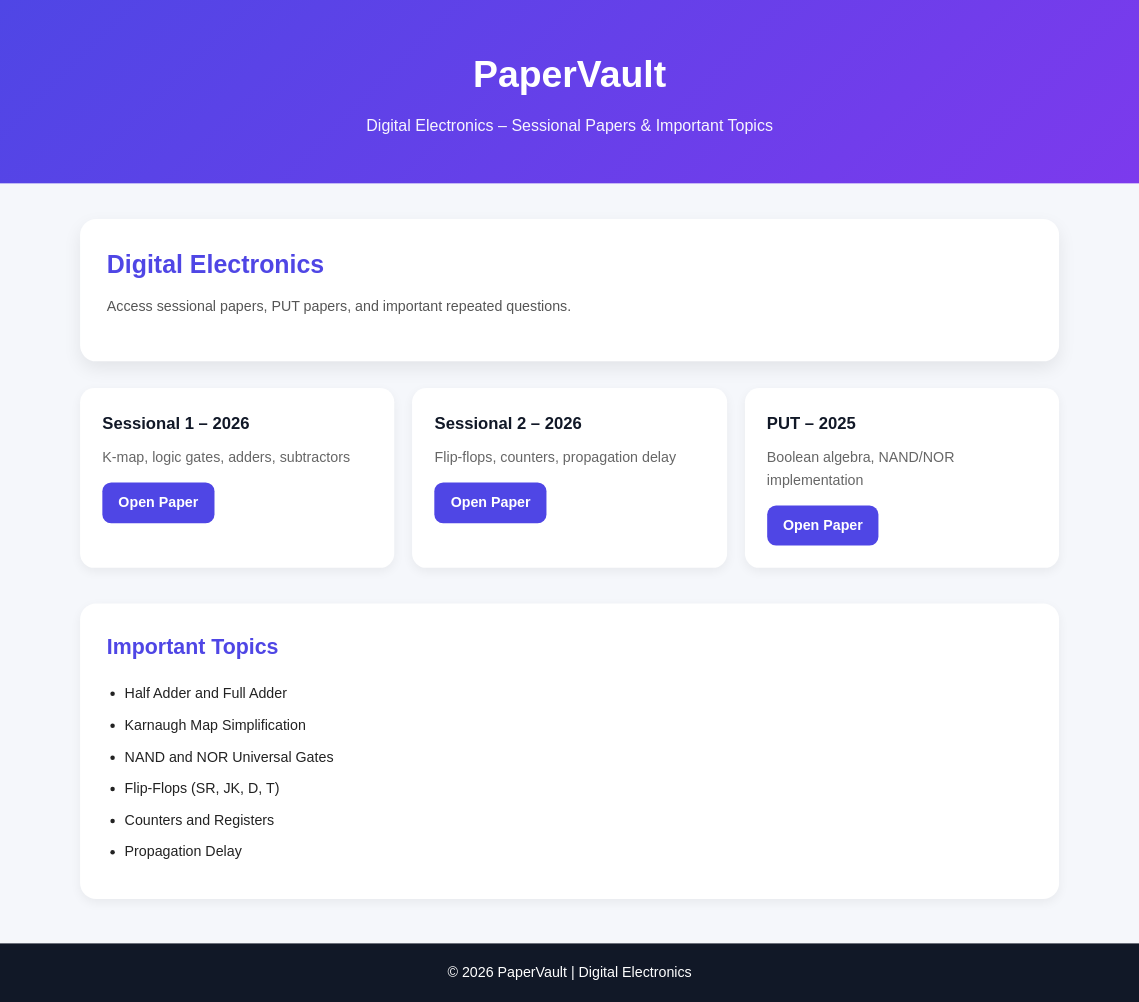
Repository: roshanworld/HackStudy
Page: digital.html
These files come from the project's save history. The page is drawn as it stood at one moment and after the next save; the edit follows.
The browser window is 1280 px wide. The pictures show the whole page, at 89% of full size.

Above is the page before, as saved 2026-03-28 19:28:15.

### digital.html
<!DOCTYPE html>
<html lang="en">
<head>
  <meta charset="UTF-8" />
  <meta name="viewport" content="width=device-width, initial-scale=1.0"/>
  <title>PaperVault | Digital Electronics</title>
  <style>
    *{
      margin:0;
      padding:0;
      box-sizing:border-box;
      font-family: Arial, sans-serif;
    }

    body{
      background:#f5f7fb;
      color:#222;
      line-height:1.6;
    }

    .header{
      background: linear-gradient(135deg, #4f46e5, #7c3aed);
      color:white;
      padding:50px 20px;
      text-align:center;
    }

    .header h1{
      font-size:42px;
      margin-bottom:10px;
    }

    .header p{
      font-size:18px;
      opacity:0.95;
    }

    .container{
      width:90%;
      max-width:1100px;
      margin:40px auto;
    }

    .subject-card{
      background:white;
      border-radius:18px;
      padding:30px;
      box-shadow:0 8px 20px rgba(0,0,0,0.08);
      margin-bottom:30px;
    }

    .subject-card h2{
      color:#4f46e5;
      margin-bottom:10px;
      font-size:28px;
    }

    .subject-card p{
      color:#555;
      margin-bottom:20px;
    }

    .paper-grid{
      display:grid;
      grid-template-columns:repeat(auto-fit,minmax(280px,1fr));
      gap:20px;
    }

    .paper-box{
      background:white;
      padding:25px;
      border-radius:16px;
      box-shadow:0 4px 12px rgba(0,0,0,0.06);
      transition:0.3s;
    }

    .paper-box:hover{
      transform:translateY(-5px);
    }

    .paper-box h3{
      color:#111827;
      margin-bottom:10px;
    }

    .paper-box p{
      color:#666;
      margin-bottom:15px;
    }

    .paper-box a{
      display:inline-block;
      text-decoration:none;
      background:#4f46e5;
      color:white;
      padding:10px 18px;
      border-radius:10px;
      font-weight:bold;
    }

    .topics{
      margin-top:40px;
      background:white;
      padding:30px;
      border-radius:18px;
      box-shadow:0 4px 12px rgba(0,0,0,0.06);
    }

    .topics h2{
      margin-bottom:20px;
      color:#4f46e5;
    }

    .topics ul{
      padding-left:20px;
    }

    .topics li{
      margin-bottom:10px;
    }

    footer{
      margin-top:50px;
      padding:20px;
      text-align:center;
      background:#111827;
      color:white;
    }
  </style>
</head>
<body>

  <div class="header">
    <h1>PaperVault</h1>
    <p>Digital Electronics – Sessional Papers & Important Topics</p>
  </div>

  <div class="container">

    <div class="subject-card">
      <h2>Digital Electronics</h2>
      <p>
        Access sessional papers, PUT papers, and important repeated questions.
      </p>
    </div>

    <div class="paper-grid">

      <div class="paper-box">
        <h3>Sessional 1 – 2026</h3>
        <p>K-map, logic gates, adders, subtractors</p>
        <a href="YOUR_GOOGLE_DRIVE_LINK_HERE" target="_blank">
          Open Paper
        </a>
      </div>

      <div class="paper-box">
        <h3>Sessional 2 – 2026</h3>
        <p>Flip-flops, counters, propagation delay</p>
        <a href="YOUR_GOOGLE_DRIVE_LINK_HERE" target="_blank">
          Open Paper
        </a>
      </div>

      <div class="paper-box">
        <h3>PUT – 2025</h3>
        <p>Boolean algebra, NAND/NOR implementation</p>
        <a href="YOUR_GOOGLE_DRIVE_LINK_HERE" target="_blank">
          Open Paper
        </a>
      </div>

    </div>

    <div class="topics">
      <h2>Important Topics</h2>
      <ul>
        <li>Half Adder and Full Adder</li>
        <li>Karnaugh Map Simplification</li>
        <li>NAND and NOR Universal Gates</li>
        <li>Flip-Flops (SR, JK, D, T)</li>
        <li>Counters and Registers</li>
        <li>Propagation Delay</li>
      </ul>
    </div>

  </div>

  <footer>
    © 2026 PaperVault | Digital Electronics
  </footer>

</body>
</html>

After the next save:
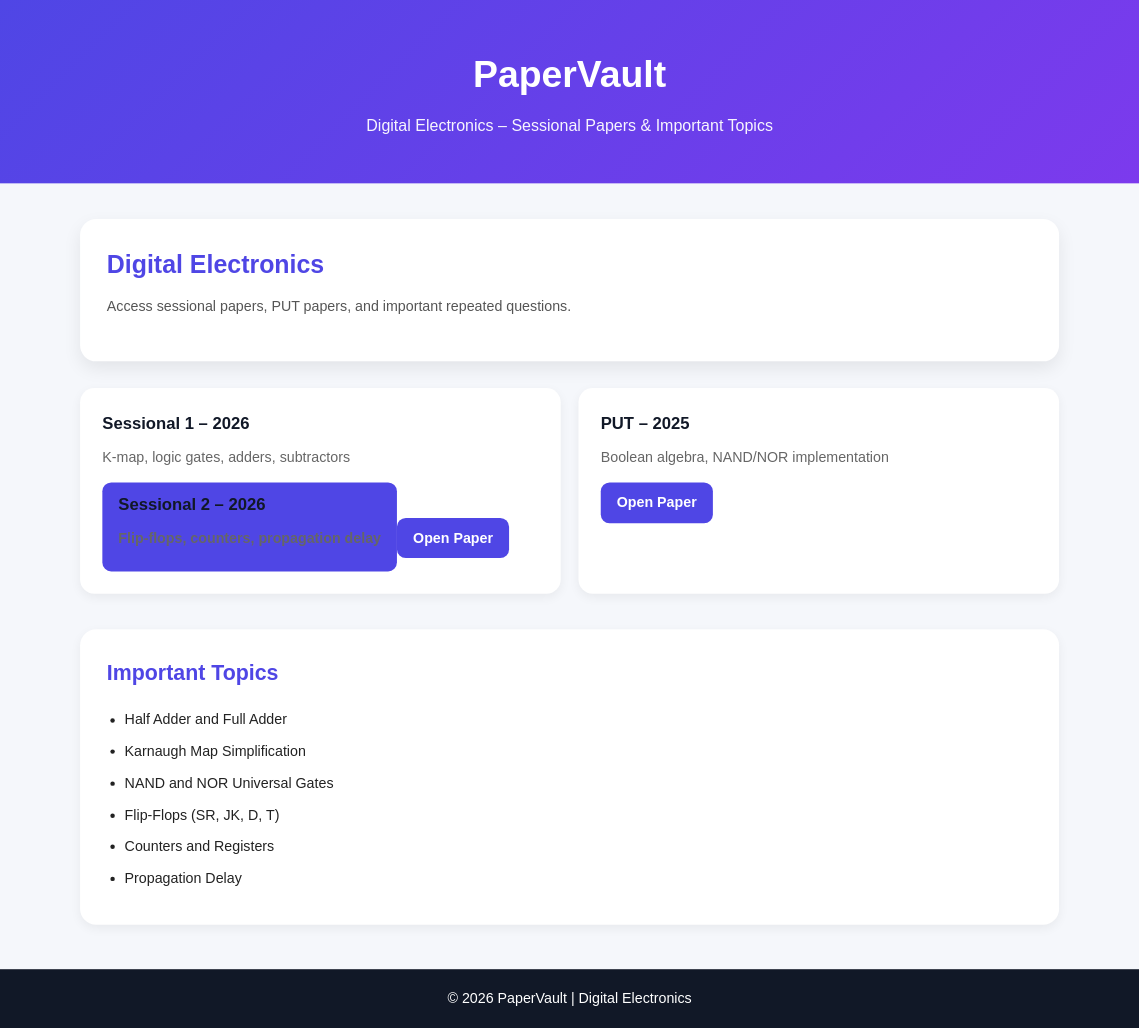
Saved 5 min 47 s later.
--- a/digital.html
+++ b/digital.html
@@ -149,7 +149,7 @@
       <div class="paper-box">
         <h3>Sessional 1 – 2026</h3>
         <p>K-map, logic gates, adders, subtractors</p>
-        <a href="YOUR_GOOGLE_DRIVE_LINK_HERE" target="_blank">
+        <a href="https://drive.google.com/file/d/1zLcSnVj4xgojFIDp60pKzK4BfF113yq0/view?usp=sharing>
           Open Paper
         </a>
       </div>

After the save that followed:
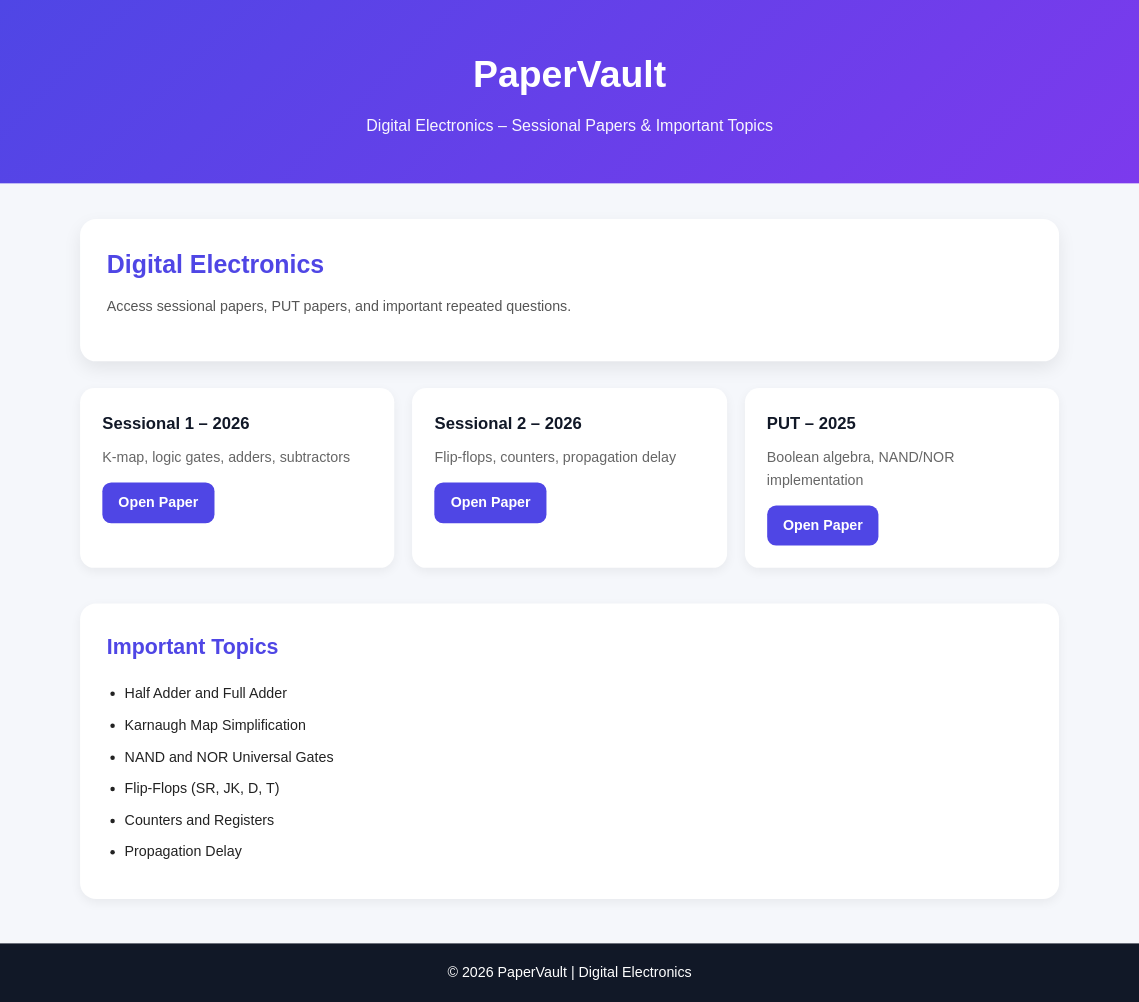
Saved 70 s later.
--- a/digital.html
+++ b/digital.html
@@ -145,14 +145,13 @@
     </div>
 
     <div class="paper-grid">
-
-      <div class="paper-box">
-        <h3>Sessional 1 – 2026</h3>
-        <p>K-map, logic gates, adders, subtractors</p>
-        <a href="https://drive.google.com/file/d/1zLcSnVj4xgojFIDp60pKzK4BfF113yq0/view?usp=sharing>
-          Open Paper
-        </a>
-      </div>
+<div class="paper-box">
+  <h3>Sessional 1 – 2026</h3>
+  <p>K-map, logic gates, adders, subtractors</p>
+  <a href="https://drive.google.com/file/d/1zLcSnVj4xgojFIDp60pKzK4BfF113yq0/view?usp=sharing" target="_blank">
+    Open Paper
+  </a>
+</div>
 
       <div class="paper-box">
         <h3>Sessional 2 – 2026</h3>
